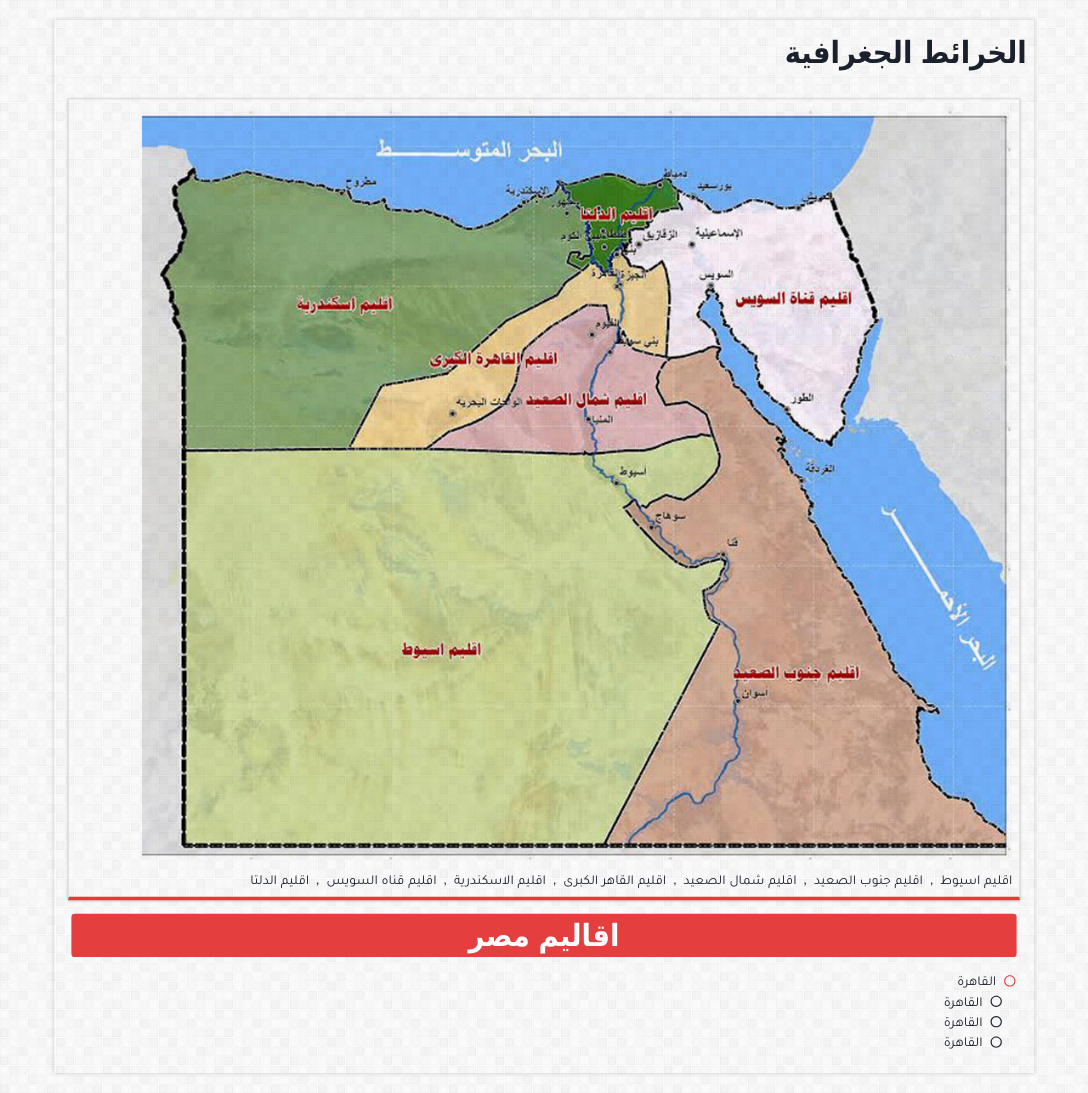
Repository: ahmed-mohamed-eng/egypt-gov-map
Page: /
An editor plug-in stored every save of this project. The page is shown before and after the next save, followed by the edit.
The browser window is 1280 px wide. The pictures show the whole page, at 85% of full size.
Some web fonts or font styles are not loaded; a fallback is used. The project was rebuilt for these pictures with package versions that can differ from the ones it lists, and the page was loaded fresh each time. The framework's server and built-in components were replaced by stand-ins that run in the browser. Also part of the build but not shown: next.config.js.

Above is the page before, as saved 2022-05-30 14:03:45.

After the next save:
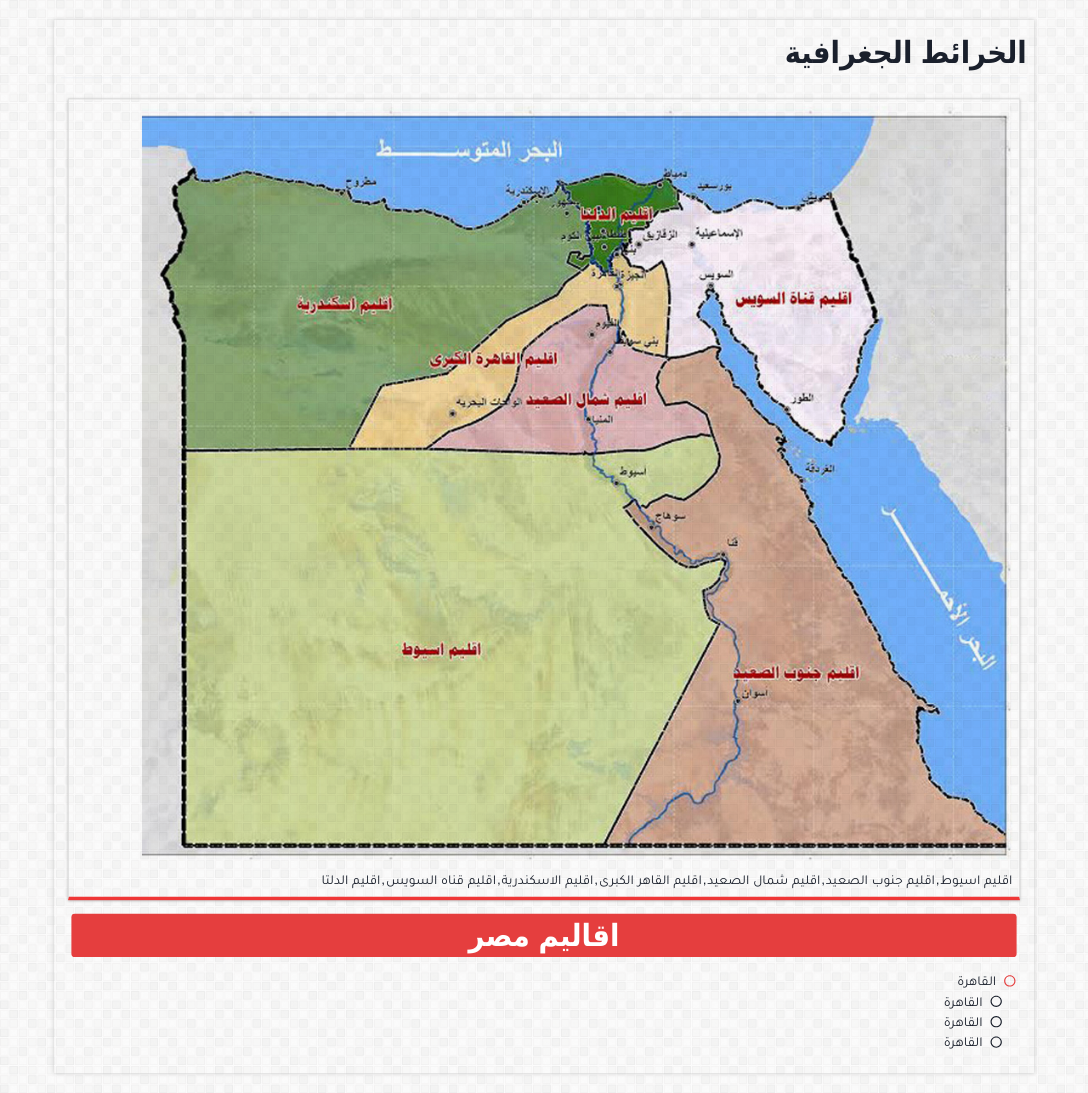
Saved 98 s later.
--- a/components/MainContentArea/MapArea/MapInfoDisplayedLinks/MapInfoDisplayedLinks.tsx
+++ b/components/MainContentArea/MapArea/MapInfoDisplayedLinks/MapInfoDisplayedLinks.tsx
@@ -22,5 +22,5 @@ export const MapInfoDisplayedLinks = (props: MapInfoDisplayedLinksProps) => {
     );
   });
 
-  return <Breadcrumb separator="," w="full">{breadcrumbItems}</Breadcrumb>;
+  return <Breadcrumb spacing="1px" separator="," w="full">{breadcrumbItems}</Breadcrumb>;
 };
